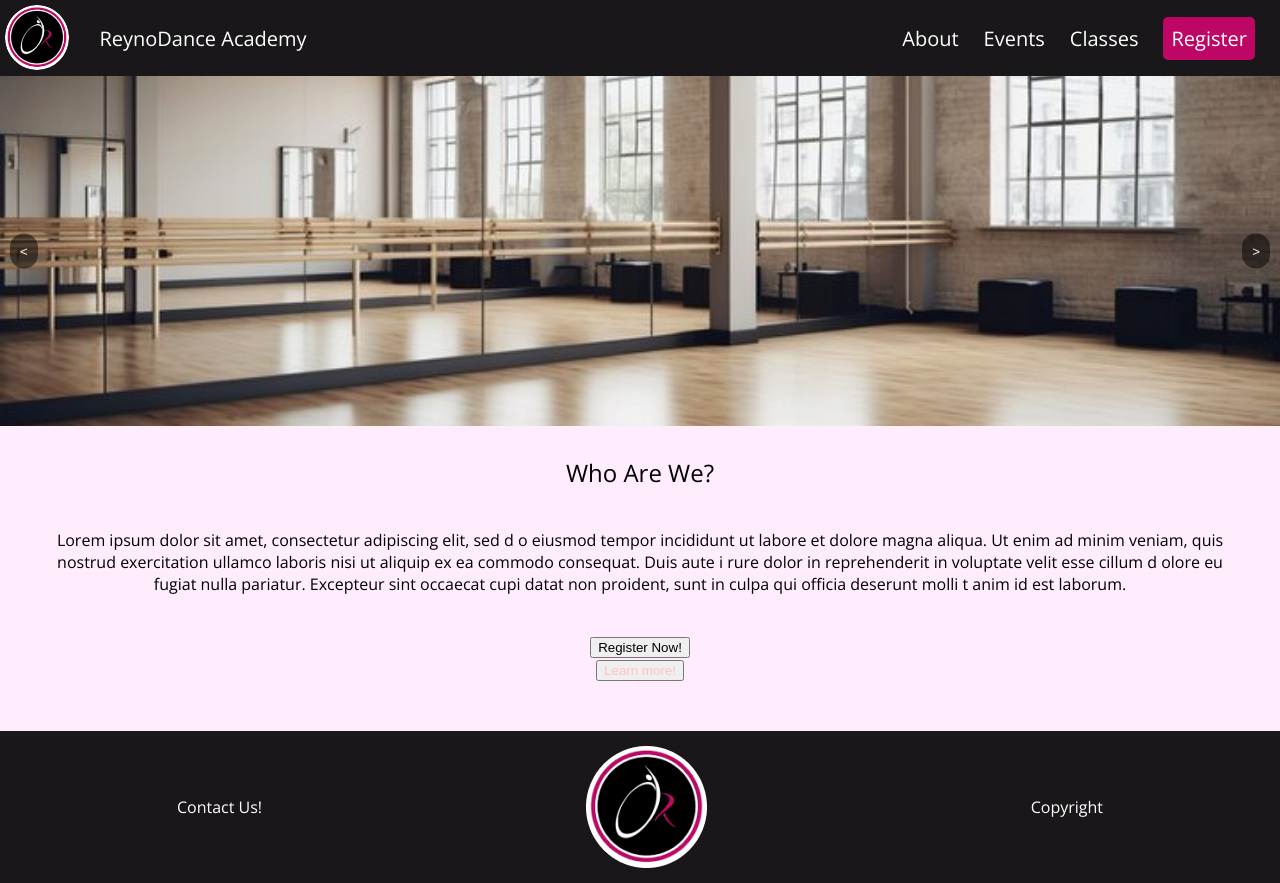
Repository: andreaelpz/reynodance-academy
Page: /
The author's editor kept a copy of each file at every save. The page is drawn from the files as they stood at one save, then again after a run of saves.
The browser window is 1280 px wide. The pictures show the whole page.
The project was rebuilt for these pictures with package versions that can differ from the ones it lists, and the page was loaded fresh each time. Also part of the build but not shown: angular.json, src/app/about/about.component.ts, src/app/classes/classes.component.ts, src/app/events/events.component.ts, src/app/user/sign-in/sign-in.component.ts, src/app/dashboard/dashboard.component.ts, src/app/user/register/register.component.ts, src/app/login/login.component.ts.

Above is the page before, as saved 2024-11-19 23:10:57.

### src/index.html
<!doctype html>
<html lang="en">
<head>
  <meta charset="utf-8">
  <title>ReynodanceAcademy</title>
  <base href="/">
  <meta name="viewport" content="width=device-width, initial-scale=1">
  <link rel="icon" type="image/x-icon" href="/assets/images/logo.png">
</head>
<body>
  <app-root></app-root>
</body>
</html>

### src/styles.css
/* You can add global styles to this file, and also import other style files */
@import url('https://fonts.googleapis.com/css2?family=Open+Sans:wght@300;400;500;600;700;800&display=swap');

:root {
  --black: rgb(0,0,0,.9);
  --lightPink: #FFEDFE;
  --hotPink: #BE0765;
}

body {
  margin: 0;
  background: var(--lightPink);
  font-family: 'Open Sans', sans-serif;
  font-weight: 300;
  color: white;
}

### src/app/app.module.ts
import { NgModule } from '@angular/core';
import { BrowserModule } from '@angular/platform-browser';
import { FormsModule } from '@angular/forms';
import { AppRoutingModule } from './app-routing.module';

import { AppComponent } from './app.component';
import { NavbarComponent } from './navbar/navbar.component';
import { AboutComponent } from './about/about.component';
import { ClassesComponent } from './classes/classes.component';
import { EventsComponent } from './events/events.component';
import { RegisterComponent } from './user/register/register.component';
import { LoginComponent } from './login/login.component';
import { SignInComponent } from './user/sign-in/sign-in.component';
import { DashboardComponent } from './dashboard/dashboard.component';
import { HomeComponent } from './home/home.component';
import { FooterComponent } from './footer/footer.component';

@NgModule({
  declarations: [
    AppComponent,
    NavbarComponent,
    AboutComponent,
    ClassesComponent,
    EventsComponent,
    RegisterComponent,
    LoginComponent,
    SignInComponent,
    DashboardComponent,
    HomeComponent,
    FooterComponent
  ],
  imports: [
    BrowserModule,
    AppRoutingModule,
    FormsModule
  ],
  providers: [],
  bootstrap: [AppComponent]
})
export class AppModule { }

### src/app/app-routing.module.ts
import { NgModule } from '@angular/core';
import { RouterModule, Routes } from '@angular/router';
import { AboutComponent } from './about/about.component';
import { ClassesComponent } from './classes/classes.component';
import { EventsComponent } from './events/events.component';
import { SignInComponent } from './user/sign-in/sign-in.component';
import { DashboardComponent } from './dashboard/dashboard.component';
import { HomeComponent } from './home/home.component';
import { RegisterComponent } from './user/register/register.component';

const routes: Routes = [
  {path: 'about', component: AboutComponent, title:"About - ReynoDance"},
  {path: 'classes', component: ClassesComponent, title:"Classes - ReynoDance"},
  {path: 'events', component: EventsComponent, title:"Events - ReynoDance"},
  {path: 'register', component: RegisterComponent, title:"Register - ReynoDance"},
  {path: 'sign-in', component: SignInComponent, title:"Sign-In - ReynoDance"},
  {path: 'dashboard', component: DashboardComponent, title:"Dashboard - ReynoDance"},
  {path: '', component: HomeComponent, title:"ReynoDance Academy"}
];

@NgModule({
  imports: [RouterModule.forRoot(routes)],
  exports: [RouterModule]
})
export class AppRoutingModule { }

### src/app/app.component.ts
import { Component } from '@angular/core';

@Component({
  selector: 'app-root',
  templateUrl: './app.component.html',
  styleUrls: ['./app.component.css']
})
export class AppComponent {
  title = 'reynodance-academy';
}

### src/app/home/home.component.ts
import { Component } from '@angular/core';

@Component({
  selector: 'app-home',
  templateUrl: './home.component.html',
  styleUrls: ['./home.component.css']
})
export class HomeComponent {
  images: string[] = ['studio.jpg', 'girls.jpg', 'solo.jpg'];
  currentIndex: number = 0;

  nextPic(): number{
    this.currentIndex++;

    if (this.currentIndex === this.images.length){
      this.currentIndex = 0;
    }

    return this.currentIndex;
  }

  prevPic(): number{
    if (this.currentIndex === 0){
      this.currentIndex = this.images.length - 1;
      return this.currentIndex;
    }

    this.currentIndex--;

    return this.currentIndex;
  }

  getImagePath(): string{
    return `/assets/images/${this.images[this.currentIndex]}`;
  }
}

### src/app/navbar/navbar.component.html
<div class = "container">
  <div class = "left">
    <a href = ""> <img class = "logo" src="/assets/images/logo.png" alt="Logo"/> </a>
    <a href = "">ReynoDance Academy</a>
  </div>
  <div class = "right">
    <a href = "/about">About</a>
    <a href = "/events">Events</a>
    <a href = "/classes">Classes</a>
    <a class = "register" href = "/register">Register</a>
  </div>
</div>

### src/app/navbar/navbar.component.css
.container{
  display: flex;
  justify-content: space-between;
  font-size: 20px;
  background-color: var(--black);
}

.left{
  display: flex;
  align-items: center;
  margin-left: 5px;
}

.left *{
  margin-right: 15px;
}

.logo{
  height: 65px;
  border-radius: 100%;
  margin-top: 5px;
}

.right{
  display: flex;
  align-items: center;
  margin-right: 25px;
}

.right *{
  margin-left: 25px;
}

a{
  text-decoration: none;
  color: white;
}

.register{
  background-color: var(--hotPink);
  padding: 8px;
  border-radius: 5px;
}

.register:hover{
  border-color: 10px solid var(--hotPink);
  background-color: #FFEDFE;
  color: var(--hotPink);
  font-size: 18px;
  font-weight: 400;
  border-color: var(--hotPink)
}

### src/app/home/home.component.html

    <div class = "pictures">
        <button type = "picsButton" (click) = prevPic()><</button>
        <img alt = "ReynoDance" [src]="getImagePath()">
        <button type = "picsButton" (click) = nextPic()>></button>
    </div>
<div class = "container">
    <div class = "intro">
        <div class = "title">Who Are We?</div>
        <div class = "summary">
            Lorem ipsum dolor sit amet, consectetur adipiscing elit, sed d
            o eiusmod tempor incididunt ut labore et dolore magna aliqua.
            Ut enim ad minim veniam, quis nostrud exercitation ullamco
            laboris nisi ut aliquip ex ea commodo consequat. Duis aute i
            rure dolor in reprehenderit in voluptate velit esse cillum d
            olore eu fugiat nulla pariatur. Excepteur sint occaecat cupi
            datat non proident, sunt in culpa qui officia deserunt molli
            t anim id est laborum.
        </div>
    </div>

    <div>
        <button [routerLink] = "['/register']" class = "register">Register Now!</button>
    </div>

    <div>
        <button [routerLink] = "['/about']" class = "learnMore">Learn more!</button>
    </div>

</div>

### src/app/home/home.component.css
.pictures {
  display: flex;
  width: 100%;
  height: 350px;
  flex-direction: row;
  justify-content: space-between;
  overflow: hidden;
  position: relative;
}

img {
  width: 100%;
  height: 100%;
  object-fit: cover; /* crop excess */
}

.pictures button {
  position: absolute;
  top: 50%;
  transform: translateY(-50%);
  background-color: rgba(0, 0, 0, 0.5);
  color: white;
  border: none; /* Remove borders */
  padding: 10px;
  cursor: pointer;
  border-radius: 25px;
}

.pictures button:hover {
  background-color: rgba(0, 0, 0, 0.7);
}

.pictures button:first-of-type {
  left: 10px;
}

.pictures button:last-of-type {
  right: 10px;
}

.container{
  color:black;
  display:flex;
  flex-direction: column;
  justify-content: center;
  align-items: center;
  padding: 30px 50px 50px 50px;
}

.title{
  text-align: center;
  display: flex;
  justify-content: center;
  margin-bottom: 40px;
  font-size: 24px;
  font-weight:400;
}

.summary{
    text-align: center;
    display: flex;
    justify-content: center;
    margin-bottom: 40px;
}

.register{

}

.learnMore{
  color:pink;
}

### src/app/footer/footer.component.html
<div class = "container">
    <div class = "links">Contact Us!</div>
    <img class = "logo" src="/assets/images/logo.png">
    <div class = "copyright">Copyright</div>
</div>

### src/app/footer/footer.component.css
.container{
    background-color: var(--black);
    display: flex;
    flex-direction: row;
    justify-content: space-around;
    padding: 15px;
    align-items: center;
}

Loaded but not shown: src/main.ts (common file); src/app/navbar/navbar.component.ts (common file); src/app/footer/footer.component.ts (common file); src/app/app.component.html (common file); src/app/app.component.css (no copy from this time; the picture is the same without it)

After the next 5 saves:
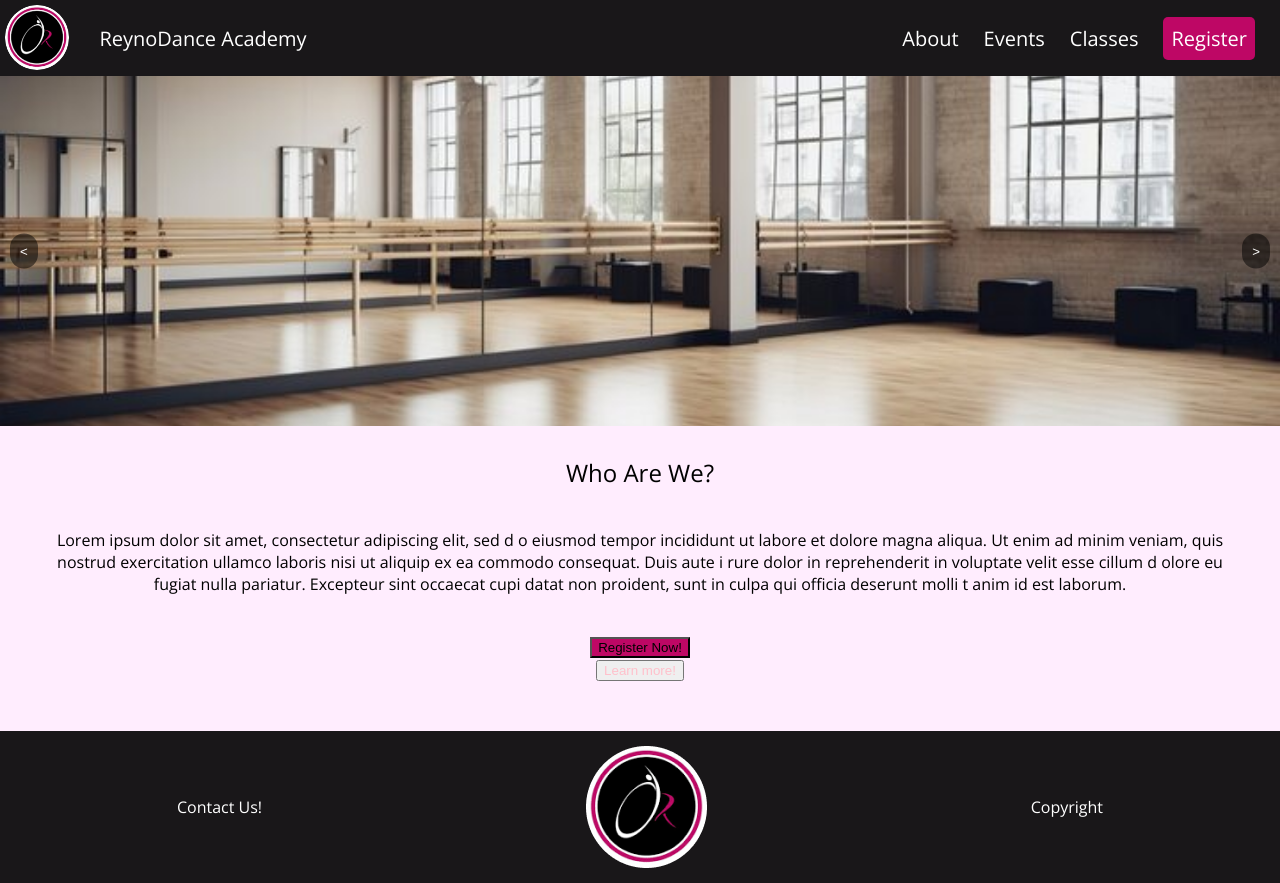
The 5 saves are shown as one change because they came seconds apart.
The last was saved 20 s later.
--- a/src/app/home/home.component.css
+++ b/src/app/home/home.component.css
@@ -64,6 +64,7 @@ img {
 }
 
 .register{
+  background-color: var(--hotPink);
 
 }
 
